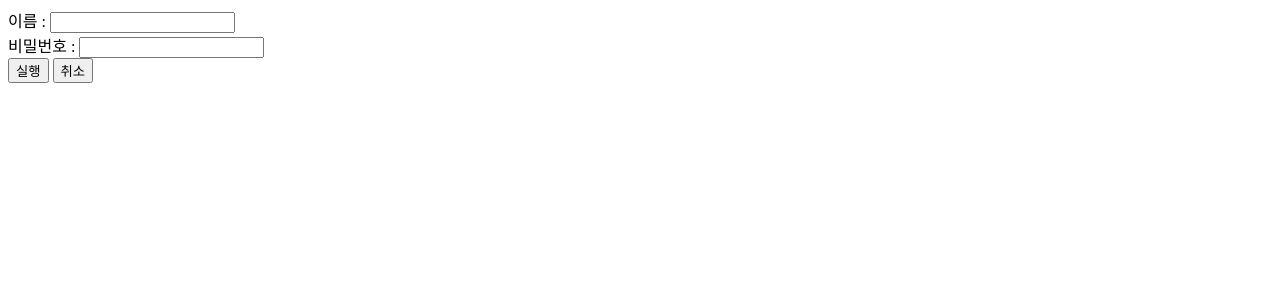
Repository: ineble/demo1
Page: pro05/src/main/webapp/login3.html
These files come from the project's save history. The page is drawn as it stood at one moment and after the next save; the edit follows.
The browser window is 1280 px wide. The pictures show the whole page.

Above is the page before, as saved 2022-08-03 15:50:17.

After the next save:
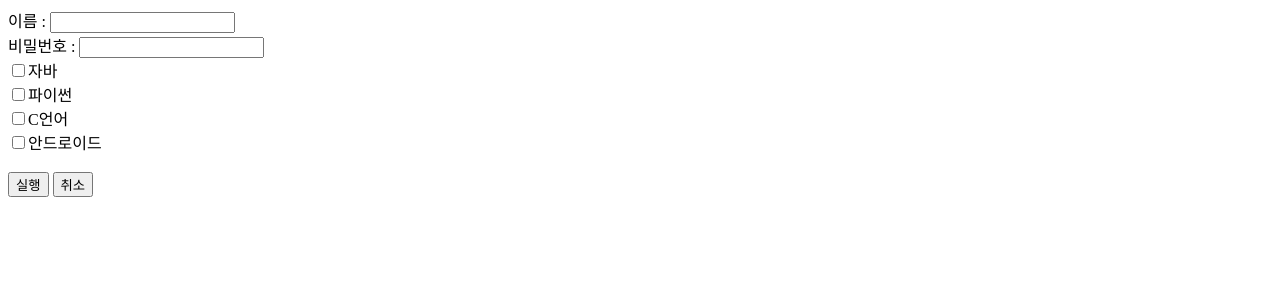
Saved 80 s later.
--- a/pro05/src/main/webapp/login3.html
+++ b/pro05/src/main/webapp/login3.html
@@ -8,6 +8,10 @@
 	<form action="input2" method="get" name="frmLogin">
 		이름 : <input type="text" name="fname"> <br>
 		비밀번호 : <input type="password" name="fpass"> <br>
+		<input type="checkbox" name="subject" value="자바">자바 <br>
+		<input type="checkbox" name="subject" value="파이썬">파이썬 <br>
+		<input type="checkbox" name="subject" value="C언어">C언어 <br>
+		<input type="checkbox" name="subject" value="안드로이드">안드로이드 <br><br>
 		<input type="submit" value="실행">
 		<input type="reset" value="취소">
 	</form>
